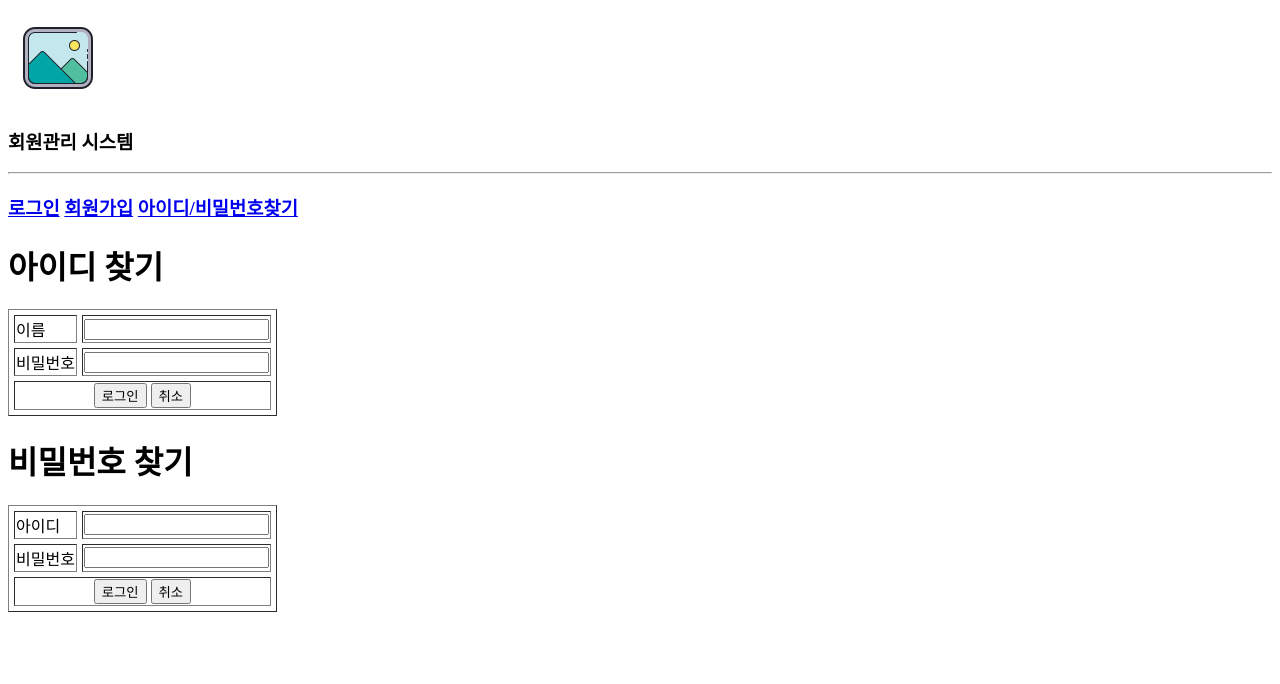
Repository: jelly02/workspace_web
Page: 02.html_form_table/src/main/webapp/findMember.html
These files come from the project's save history. The page is drawn as it stood at one moment and after the next save; the edit follows.
The browser window is 1280 px wide. The pictures show the whole page.

Above is the page before, as saved 2021-06-24 03:35:12.

### 02.html_form_table/src/main/webapp/findMember.html
<!DOCTYPE html PUBLIC "-//W3C//DTD HTML 4.01 Transitional//EN" "http://www.w3.org/TR/html4/loose.dtd">
<html>
<head>
<meta http-equiv="Content-Type" content="text/html; charset=UTF-8">
<title>Insert title here</title>
</head>
<body>

<a href="index.html"><img src = "img/icon.png"></a>

	<h3>회원관리 시스템</h3>
		<hr>

		<h3>
			<a href="login.html">로그인</a>
			<a href="joinMember.html">회원가입</a>
			<a href="findMember.html">아이디/비밀번호찾기</a>
		</h3>

		<h1>아이디 찾기</h1>

			<table border="1" cellspacing="5px" cellpading="5px">
					<form action = "result.html" method = "post">

					<tr>
						<td>이름</td>
						<td><input type = "text" name="name"></td>
					</tr>

					<tr>
						<td>비밀번호</td>
						<td><input type = "password" name="memberPw"></td>
					</tr>



					<tr>
						<td colspan="2" align="center">
							<input type = "submit" value = "로그인" >
							<input type = "reset" value = "취소">
						</td>
					</tr>


					</form>
			</table>


		<h1>비밀번호 찾기</h1>

			<table border="1" cellspacing="5px" cellpading="5px">
					<form action = "result.html" method = "post">

					<!-- 아이디 -->

					<tr>
						<td>아이디</td>
						<td><input type = "text" name="memberId"></td>
					</tr>

					<tr>
						<td>비밀번호</td>
						<td><input type = "password" name="memberPw"></td>
					</tr>



					<tr>
						<td colspan="2" align="center">
							<input type = "submit" value = "로그인" >
							<input type = "reset" value = "취소">
						</td>
					</tr>


					</form>
			</table>

</body>
</html>

After the next save:
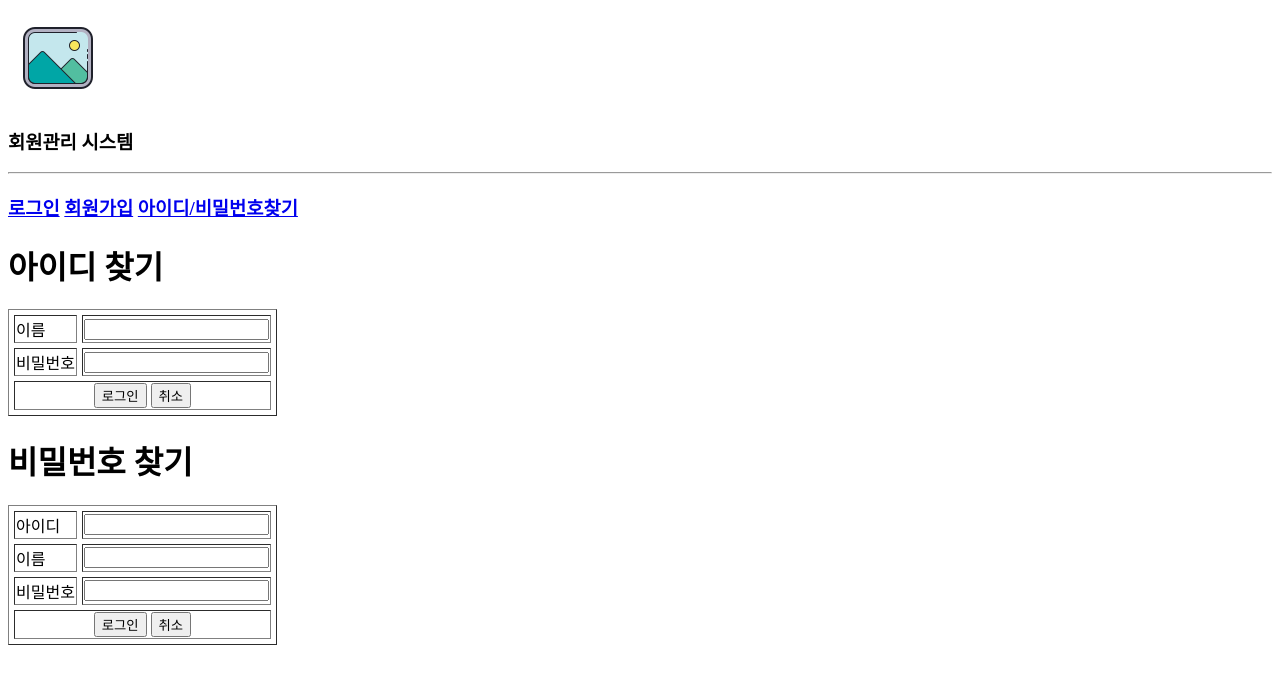
Saved 17 s later.
--- a/02.html_form_table/src/main/webapp/findMember.html
+++ b/02.html_form_table/src/main/webapp/findMember.html
@@ -59,6 +59,11 @@
 					</tr>
 
 					<tr>
+						<td>이름</td>
+						<td><input type = "text" name="memberId"></td>
+					</tr>
+
+					<tr>
 						<td>비밀번호</td>
 						<td><input type = "password" name="memberPw"></td>
 					</tr>
